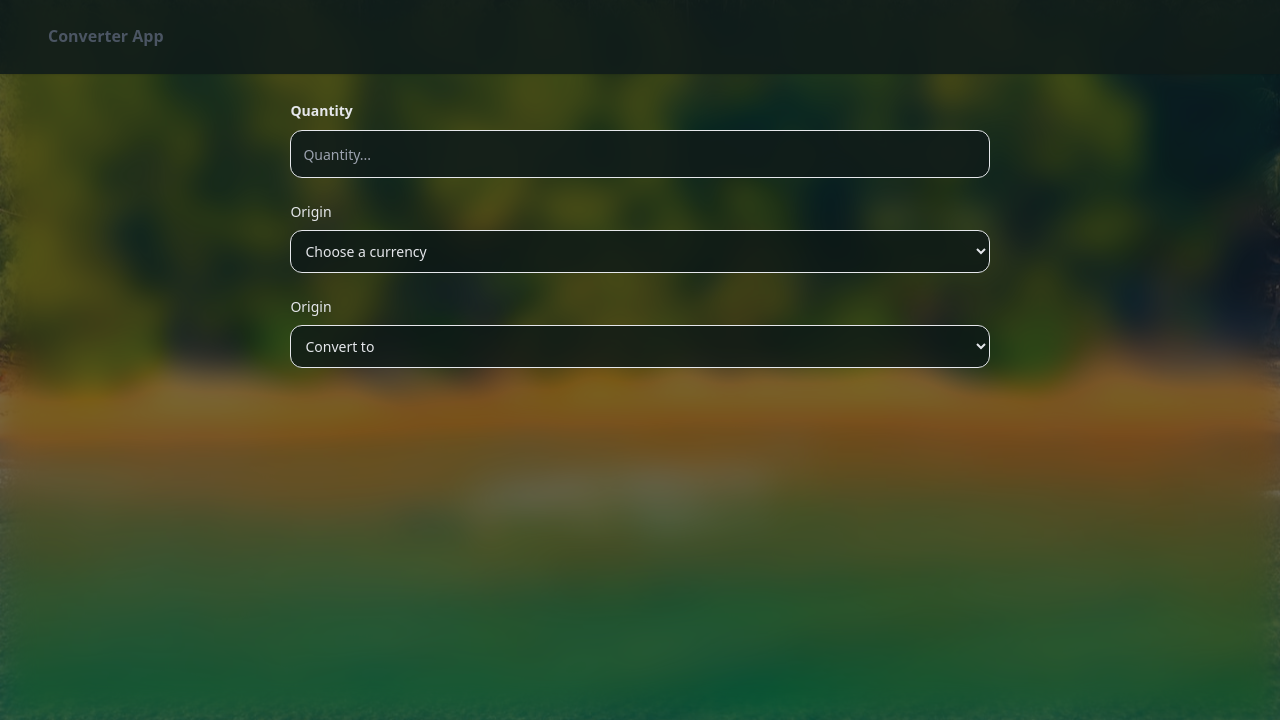
Repository: mikelCabezas/angular-exercices
Page: / (app in converter/)
These files come from the project's save history. The page is drawn as it stood at one moment and after the next save; the edit follows.
The browser window is 1280 px wide. The pictures show the whole page.
The project was rebuilt for these pictures with package versions that can differ from the ones it lists, and the page was loaded fresh each time. Also part of the build but not shown: converter/angular.json.

Above is the page before, as saved 2023-09-15 18:52:44.

### converter/src/styles.css
@tailwind base;
@tailwind components;
@tailwind utilities;

body {
    background-image: url('./assets/sunset-beach.jpeg');
    background-position: center;
}

### converter/src/app/app.module.ts
import { NgModule } from '@angular/core';
import { BrowserModule } from '@angular/platform-browser';

import { AppComponent } from './app.component';
import { NavbarComponent } from './components/navbar/navbar.component';
import { ConverterComponent } from './components/converter/converter.component';

@NgModule({
  declarations: [
    AppComponent,
    NavbarComponent,
    ConverterComponent
  ],
  imports: [
    BrowserModule
  ],
  providers: [],
  bootstrap: [AppComponent]
})
export class AppModule { }

### converter/src/app/app.component.ts
import { Component } from '@angular/core';

@Component({
  selector: 'app-root',
  templateUrl: './app.component.html',
  styleUrls: ['./app.component.css']
})
export class AppComponent {
  title = 'converter';
}

### converter/src/app/components/converter/converter.component.ts
import { Component } from '@angular/core';

@Component({
  selector: 'app-converter',
  templateUrl: './converter.component.html',
  styleUrls: ['./converter.component.css']
})
export class ConverterComponent {

}

### converter/src/app/app.component.html
<div class="root min-w-screen min-h-screen bg-gray-900Z bg-[#11192890] backdrop-saturate-200 backdrop-blur-lg">
    <app-navbar/>
    <app-converter/>
</div>

### converter/src/app/components/navbar/navbar.component.html
<nav class="shadow bg-[rgba(16,28,26,0.9)] ">
    <div class="container flex items-center  p-6 mx-auto text-gray-600 capitalize dark:text-gray-300">
        <a href="#" class="border-b-2 border-transparent hover:text-gray-800 dark:hover:text-gray-200 hover:border-blue-500 mx-1.5 sm:mx-6 font-bold">
            Converter App
        </a>
    </div>
</nav>

### converter/src/app/components/converter/converter.component.html
<div class="container mx-auto p-6 flex justify-center">
    <div class="row w-3/5">
        <div class="col px-5">
            <div class="mb-6">
                <label for="email" class="text-sm text-gray-200 font-bold">Quantity</label>
                <input type="number" placeholder="Quantity..." class="mt-2 flex h-12 w-full items-center justify-center rounded-xl border bg-[rgba(16,28,26,0.9)] p-3 text-sm outline-none border-gray-200">
            </div>
        </div>
        <div class="col px-5 mb-6">
            <label for="currency" class="block mb-2 text-sm font-medium text-gray-200">Origin</label>
            <select id="currency" placeholder="Choose a currency" class="text-sm rounded-xl block w-full p-2.5 bg-[rgba(13,24,23,0.8)] border-gray-200 border-[1px] placeholder-gray-200 text-gray-200 focus:white">
                <option selected>Choose a currency</option>
                <option value="EUR">Euro</option>
                <option value="USD">US Dollar</option>
                <option value="CHF">Suiss francs</option>
            </select>
        </div>
        <div class="col px-5">
            <label for="conversion" class="block mb-2 text-sm font-medium text-gray-200">Origin</label>
            <select id="conversion" placeholder="Choose a currency" class="text-sm rounded-xl block w-full p-2.5 bg-[rgba(13,24,23,0.8)] border-gray-200 border-[1px] placeholder-gray-200 text-gray-200 focus:white">
                <option selected>Convert to</option>
                <option value="EUR">Euro</option>
                <option value="USD">US Dollar</option>
                <option value="CHF">Suiss francs</option>
            </select>
        </div>
        <div class="col px-5"></div>
    </div>
</div>

Loaded but not shown: converter/src/index.html (common file); converter/src/main.ts (common file); converter/src/app/components/navbar/navbar.component.ts (common file); converter/tailwind.config.js (common file); converter/src/app/app.component.css (no stored copy; drawn as an empty file); converter/src/app/components/navbar/navbar.component.css (no stored copy; drawn as an empty file); converter/src/app/components/converter/converter.component.css (no stored copy; drawn as an empty file)

After the next save:
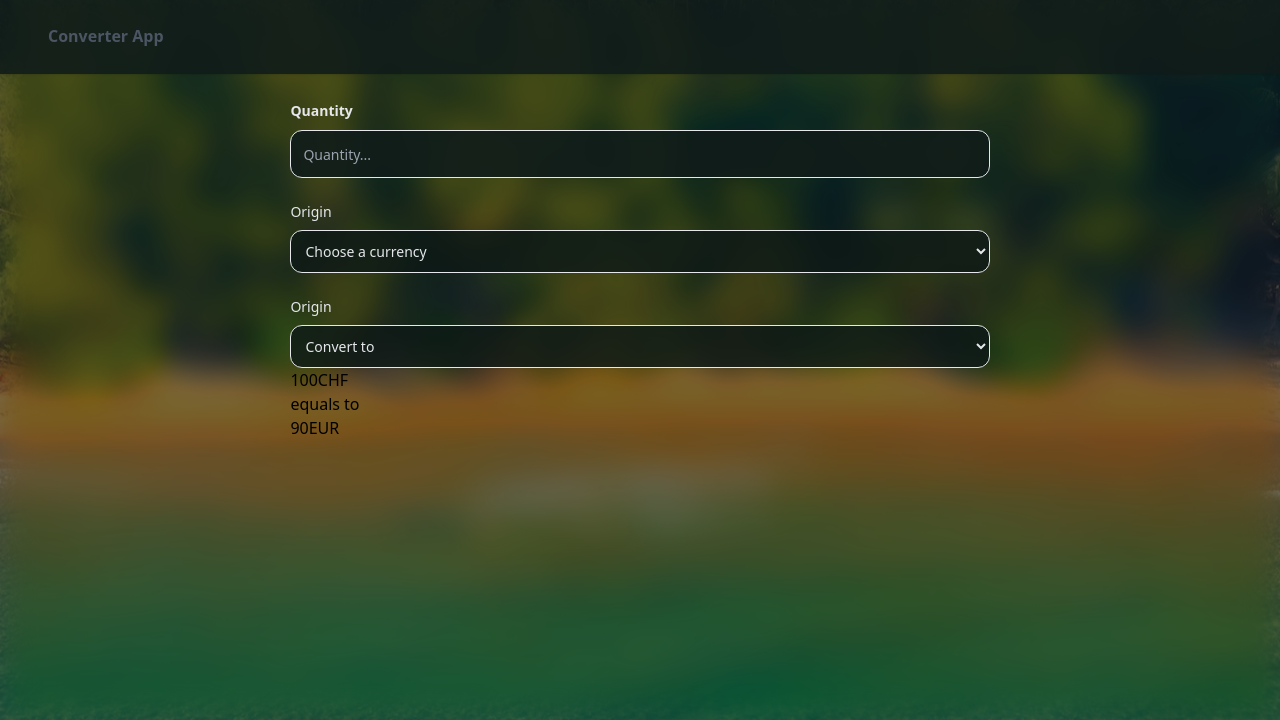
Saved 103 s later.
--- a/converter/src/app/components/converter/converter.component.html
+++ b/converter/src/app/components/converter/converter.component.html
@@ -24,6 +24,16 @@
                 <option value="CHF">Suiss francs</option>
             </select>
         </div>
-        <div class="col px-5"></div>
+        <div class="col px-5 text center">
+            <div>
+                <p>100CHF</p>
+            </div>
+            <div>
+                <p>equals to</p>
+            </div>
+            <div>
+                <p>90EUR</p>
+            </div>
+        </div>
     </div>
 </div>
